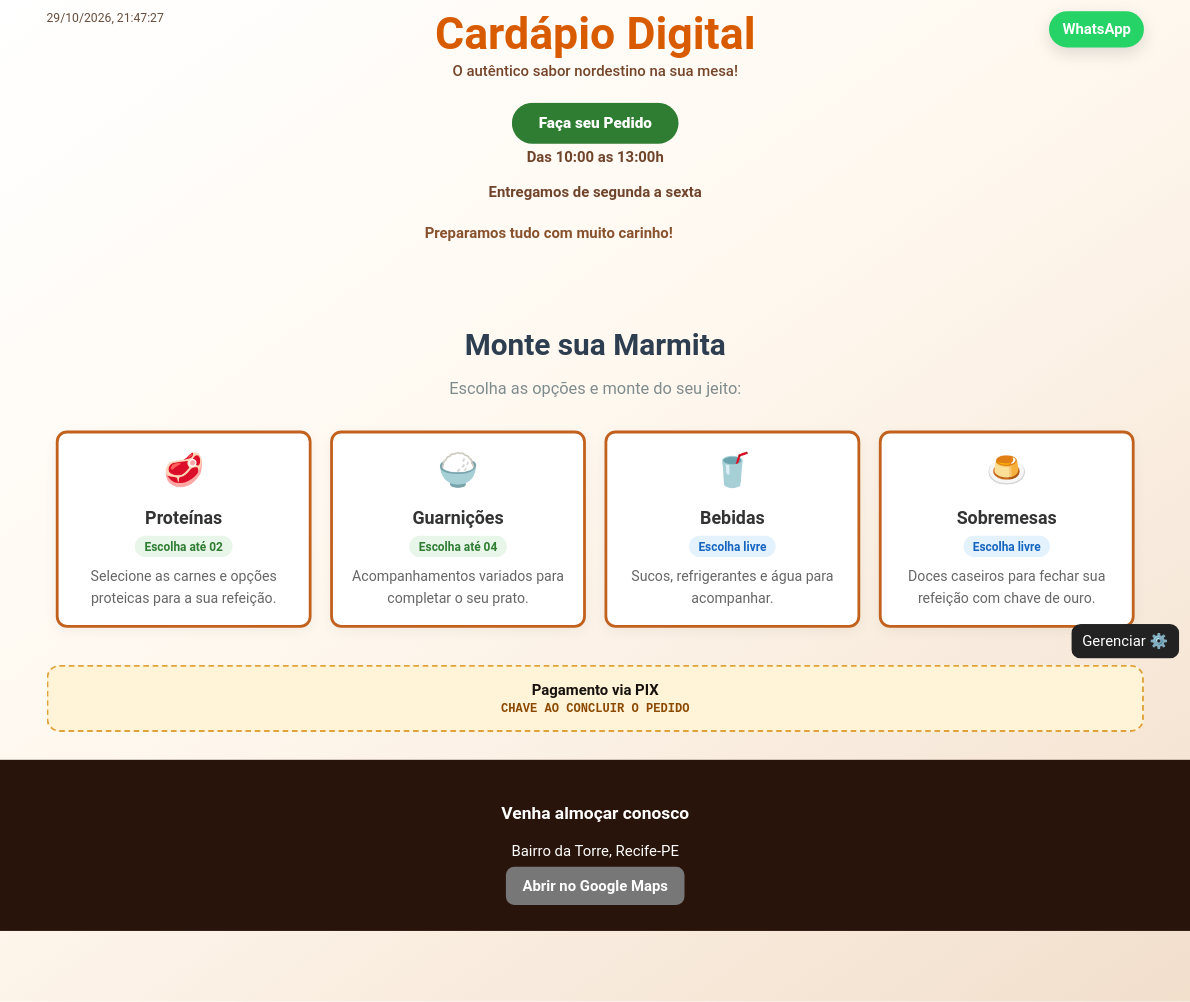
Repository: JeffRodFer/sd-copy-01-frontend
Page: index.html
The author's editor kept a copy of each file at every save. The page is drawn from the files as they stood at one save, then again after the next save.
The browser window is 1280 px wide. The pictures show the whole page, at 93% of full size.
The page's requests for data from a server got no answer.

Above is the page before, as saved 2026-10-30 22:53:36.

### index.html
<!DOCTYPE html>
<html lang="pt-BR">

<head>
  <meta charset="UTF-8">
  <meta name="viewport" content="width=device-width, initial-scale=1.0">
  <title>Cardápio Digital</title>
  <link rel="stylesheet" href="style.css">
</head>

<body>


  <header class="container">

    <div class="topbar">

      <div id="datetime" class="datetime"></div>


      <div class="brand">

        <h1>
          Cardápio Digital
        </h1>

        <p>
          O autêntico sabor nordestino na sua mesa!
        </p>

      </div>


      <a id="wa-float-link" class="wa-float" href="https://wa.me/5581920036280" target="_blank" rel="noopener">
        WhatsApp
      </a>

    </div>


    <button class="cta" id="openOrder">
      Faça seu Pedido
    </button>


    <div class="notice">
      Das 10:00 as 13:00h <br><br>
      Entregamos de segunda a sexta
    </div>

  </header>


  <main class="container" id="menu"></main>


  <div class="container note">
    Preparamos tudo com muito carinho!
  </div>

  <section class="menu-categories-section">
  <h2>Monte sua Marmita</h2>
  <p class="subtitle">Escolha as opções e monte do seu jeito:</p>

  <div class="categories-grid">
    <!-- Card Proteínas -->
    <div class="category-card">
      <div class="category-icon">🥩</div>
      <h3>Proteínas</h3>
      <span class="badge-limit">Escolha até 02</span>
      <p>Selecione as carnes e opções proteicas para a sua refeição.</p>
    </div>

    <!-- Card Guarnições -->
    <div class="category-card">
      <div class="category-icon">🍚</div>
      <h3>Guarnições</h3>
      <span class="badge-limit">Escolha até 04</span>
      <p>Acompanhamentos variados para completar o seu prato.</p>
    </div>

    <!-- Card Bebidas -->
    <div class="category-card">
      <div class="category-icon">🥤</div>
      <h3>Bebidas</h3>
      <span class="badge-limit livre">Escolha livre</span>
      <p>Sucos, refrigerantes e água para acompanhar.</p>
    </div>

    <!-- Card Sobremesas -->
    <div class="category-card">
      <div class="category-icon">🍮</div>
      <h3>Sobremesas</h3>
      <span class="badge-limit livre">Escolha livre</span>
      <p>Doces caseiros para fechar sua refeição com chave de ouro.</p>
    </div>
  </div>
</section>


  <div class="container pix">

    <strong>
      Pagamento via PIX
    </strong>

    <br>


    <code>
    CHAVE AO CONCLUIR O PEDIDO
  </code>

  </div>


  <footer class="footer">

    <div class="container">

      <h3>
        Venha almoçar conosco
      </h3>

      <div>
        Bairro da Torre, Recife-PE
      </div>


      <a class="maps" href="https://maps.google.com/?q=Rua+Vermelha+02+Torre" target="_blank" rel="noopener">
        Abrir no Google Maps
      </a>


    </div>

  </footer>


  <button class="manage" id="openAdmin">
    Gerenciar ⚙️
  </button>
  <br>
  <br>
  <br>
  <br>

  <!-- =====================================================
     MODAL DO PEDIDO
     ===================================================== -->

  <div class="overlay hidden" id="orderOverlay">

    <div class="modal">


      <!-- PASSO 1 -->

      <div id="orderStep1" class="step active">

        <h2>
          Faça seu Pedido
        </h2>


        <div id="orderError1" class="error hidden"></div>


        <div class="form-grid">


          <div class="field">

            <label>
              Nome Completo
            </label>

            <input id="customerName" autocomplete="name">

          </div>


          <div class="field">

            <label>
              Telefone
            </label>

            <input id="customerPhone" inputmode="tel" autocomplete="tel" maxlength="15" placeholder="(81) 99999-8888">

          </div>


          <div class="field full">

            <label>
              Endereço de Entrega
            </label>

            <input id="customerAddress" autocomplete="street-address">

          </div>


          <div class="field">

            <label>
              Quantidade de Marmitas
            </label>

            <input id="mealCount" type="number" min="1" max="20" value="1">

          </div>


        </div>


        <div class="delivery">

          <label>

            <input type="radio" name="delivery" value="true" checked>

            Entrega em casa - R$ 5,00

          </label>


          <label>

            <input type="radio" name="delivery" value="false">

            Retirar no Restaurante - R$ 0,00

          </label>

        </div>


        <div class="actions">

          <button class="btn gray" id="closeOrder1">
            Cancelar
          </button>


          <button class="btn green" id="toStep2">
            Continuar
          </button>

        </div>

      </div>


      <!-- PASSO 2 -->

      <div id="orderStep2" class="step">

        <h2>
          Monte suas Marmitas
        </h2>


        <div id="orderError2" class="error hidden"></div>


        <div id="marmitas"></div>


        <div class="actions">

          <button type="button" class="btn gray" id="backStep1">
            Voltar
          </button>


          <button type="button" class="btn green" id="toStep3" onclick="clicarEncerrarPedido(event)">
            Encerrar e seguir
          </button>

        </div>

      </div>


      <!-- PASSO 3 -->
      <div id="orderStep3" class="step">

        <h2>Resumo do Pedido</h2>

        <div id="orderSummary" class="order-text"></div>

        <div id="finalTotal" class="total"></div>

        <div class="actions">
          <button class="btn red" id="cancelFinal">
            Voltar
          </button>

          <button class="btn green" id="sendRestaurant">
            Enviar Pedido ao Restaurante
          </button>
        </div>

      </div>

    </div>

  </div>


  <!-- =====================================================
     MODAL ADMINISTRATIVO
     ===================================================== -->

  <div class="overlay hidden" id="adminOverlay">

    <div class="admin-modal">

      <h2>
        Gerenciar Cardápio
      </h2>


      <div id="adminError" class="error hidden"></div>


      <!-- LOGIN -->

      <div id="adminLogin">

        <div class="field">

          <label>
            Usuário
          </label>

          <input id="adminUser" autocomplete="username" value="admin">

        </div>


        <div class="field" style="margin-top:10px">

          <label>
            Senha
          </label>

          <input id="adminPassword" type="password" autocomplete="current-password">

        </div>


        <div class="actions">

          <button class="btn gray" id="closeAdminLogin">
            Fechar
          </button>


          <button class="btn green" id="adminLoginBtn">
            Entrar
          </button>

        </div>

      </div>


      <!-- PAINEL -->

      <div id="adminPanel" class="hidden">

        <div id="adminItems" class="admin-grid"></div>


        <div class="actions">

          <button class="btn gray" id="adminClose">
            Fechar
          </button>


          <button class="btn green" id="adminSave">
            Salvar alterações
          </button>

        </div>

      </div>

    </div>

  </div>


  <script src="script.js"></script>
</body>

</html>

### style.css
:root {
      --orange: #f57c00;
      --brown: #6d3414;
      --green: #2e7d32;
      --red: #d32f2f;
      --blue: #1976d2;
      --purple: #7b1fa2;
      --cream: #fffaf5;
      --line: #eadfd6;
      --muted: #666;
    }

    * {
      box-sizing: border-box;
    }

    html {
      scroll-behavior: smooth;
    }

    body {
      margin: 0;
      background:
        linear-gradient(145deg,
          #fff 0%,
          #fff8ef 45%,
          #f2dfcc 100%);
      color: #17120e;
      font-family: Roboto, Arial, sans-serif;
      min-height: 100vh;
    }

    button,
    input,
    textarea {
      font: inherit;
    }

    button {
      cursor: pointer;
      border: 0;
    }

    .container {
      width: min(1180px, 94%);
      margin: auto;
    }


    /* HEADER */

    .topbar {
      display: grid;
      grid-template-columns: 1fr auto 1fr;
      align-items: start;
      padding: 12px 0;
      gap: 10px;
    }

    .datetime {
      font-size: .82rem;
      color: #674e3d;
    }

    .brand {
      text-align: center;
    }

    .brand h1 {
      margin: 0;
      color: #d85b00;
      font-size: clamp(1.8rem, 5vw, 3rem);
      line-height: 1.05;
    }

    .brand p {
      margin: 5px 0;
      color: #75452a;
      font-weight: 500;
    }

    .wa-float {
      justify-self: end;
      background: #25d366;
      color: #fff;
      padding: 10px 14px;
      border-radius: 999px;
      text-decoration: none;
      font-weight: 700;
      box-shadow: 0 6px 18px #0002;
    }

    .cta {
      display: block;
      margin: 8px auto 5px;
      background: var(--green);
      color: #fff;
      border-radius: 999px;
      padding: 12px 28px;
      font-weight: 800;
      font-size: 1rem;
      animation: pulse 2s infinite;
    }

    .notice {
      text-align: center;
      color: #70442b;
      font-weight: 700;
      margin-bottom: 18px;
    }

    @keyframes pulse {

      0%,
      100% {
        transform: scale(1);
      }

      50% {
        transform: scale(1.03);
      }
    }


    /* CARDÁPIO */

    .section {
      margin: 20px 0;
    }

    .section h2 {
      margin: 0 0 12px;
      color: var(--brown);
    }

    .grid {
      display: grid;
      grid-template-columns:
        repeat(auto-fit,
          minmax(180px, 1fr));
      gap: 10px;
    }

    .card {
      background: #fff;
      border: 1px solid var(--line);
      border-radius: 14px;
      padding: 14px;
      box-shadow:
        0 3px 12px #5a2a0d12;
    }

    .card strong {
      display: block;
    }

    .unavailable {
      opacity: .52;
    }

    .badge {
      display: inline-block;
      margin-top: 7px;
      font-size: .78rem;
      background: #eee;
      padding: 4px 8px;
      border-radius: 999px;
    }

    .accent-guarnicoes {
      border-top: 5px solid #8b5a2b;
    }

    .accent-proteinas {
      border-top: 5px solid #d32f2f;
    }

    .accent-bebidas {
      border-top: 5px solid #1976d2;
    }

    .accent-sobremesas {
      border-top: 5px solid #7b1fa2;
    }

    .note {
      text-align: center;
      font-weight: 700;
      color: #87522d;
      margin: 25px 0;
    }

    .pix {
      background: #fff3d8;
      border: 2px dashed #e0a33b;
      border-radius: 14px;
      padding: 15px;
      text-align: center;
    }

    .pix code {
      font-weight: 800;
      color: #8b4a00;
      word-break: break-all;
    }


    /* FOOTER */

    .footer {
      margin-top: 30px;
      background: #29140b;
      color: #fff;
      padding: 28px 0;
      text-align: center;
    }

    .maps {
      display: inline-block;
      background: #777;
      color: #fff;
      padding: 11px 18px;
      border-radius: 9px;
      text-decoration: none;
      font-weight: 700;
      margin-top: 8px;
    }

    .manage {
      position: fixed;
      right: 12px;
      bottom: 12px;
      background: #222;
      color: #fff;
      padding: 9px 12px;
      border-radius: 10px;
      z-index: 20;
    }


    /* MODAIS */

    .overlay {
      position: fixed;
      inset: 0;
      background: #0009;
      display: flex;
      align-items: center;
      justify-content: center;
      padding: 12px;
      z-index: 100;
    }

    .hidden {
      display: none !important;
    }

    .modal {
      background: #fff;
      width: min(1050px, 100%);
      max-height: 94vh;
      overflow: auto;
      border-radius: 18px;
      box-shadow: 0 20px 70px #0007;
      padding: 22px;
    }

    .modal h2 {
      color: var(--brown);
      margin: 0 0 18px;
    }

    .step {
      display: none;
    }

    /* =====================================================
ESTILOS DA SEÇÃO DE CATEGORIAS (PÁGINA PRINCIPAL)
===================================================== */
.menu-categories-section {
  padding: 40px 20px;
  text-align: center;
  max-width: 1200px;
  margin: 0 auto;
}

.menu-categories-section h2 {
  font-size: 2rem;
  color: #2c3e50;
  margin-bottom: 8px;
  font-weight: 700;
}

.menu-categories-section .subtitle {
  color: #7f8c8d;
  margin-bottom: 35px;
  font-size: 1.1rem;
}

.categories-grid {
  display: grid;
  grid-template-columns: repeat(auto-fit, minmax(250px, 1fr));
  gap: 20px;
  justify-content: center;
}

.category-card {
  background: #ffffff;
  border-radius: 12px;
  padding: 18px 15px;
  box-shadow: 0 4px 15px rgba(0, 0, 0, 0.05);
  transition: transform 0.3s ease, box-shadow 0.3s ease;
  border: 3px solid #c1611d;
  text-align: center;
}

.category-card:hover {
  transform: translateY(-5px);
  box-shadow: 0 8px 25px rgba(233, 83, 46, 0.1);
  border-color: 2px #d85b00;
}

.category-icon {
  font-size: 2.2rem;
  margin-bottom: 8px;
}

.category-card h3 {
  font-size: 1.2rem;
  color: #333333;
  margin-bottom: 8px;
}

.badge-limit {
  display: inline-block;
  background-color: #e8f5e9;
  color: #2e7d32;
  font-weight: 600;
  font-size: 0.8rem;
  padding: 4px 10px;
  border-radius: 20px;
  margin-bottom: 10px;
}

.badge-limit.livre {
  background-color: #e3f2fd;
  color: #1565c0;
}

.category-card p {
  color: #666666;
  font-size: 0.95rem;
  line-height: 1.5;
  margin: 0;
  border-radius: 2px #8b4a00;
}

    .step.active {
      display: block;
    }


    /* FORMULÁRIO */

    .form-grid {
      display: grid;
      grid-template-columns: 1fr;
      gap: 12px;
    }

    .field label {
      display: block;
      font-weight: 700;
      margin-bottom: 5px;
    }

    .field input,
    .field textarea,
    .field select {
      width: 100%;
      padding: 11px;
      border: 1px solid #cfcfcf;
      border-radius: 10px;
      background: #fff;
    }

    .field textarea {
      min-height: 75px;
      resize: vertical;
    }

    .delivery {
      display: grid;
      gap: 9px;
      margin: 12px 0;
    }

    .delivery label {
      border: 1px solid #ddd;
      border-radius: 10px;
      padding: 12px;
    }


    /* MARMITAS */

    .marmita {
      border: 1px solid #ddd;
      border-radius: 15px;
      padding: 14px;
      margin: 14px 0;
      background: #fff;
    }

    .marmita h3 {
      margin: 0 0 12px;
      color: #7b401f;
    }

    .choice-group {
      margin: 13px 0;
    }

    .choice-group h4 {
      margin: 0 0 8px;
    }

    .choices {
      display: grid;
      grid-template-columns:
        repeat(auto-fit,
          minmax(190px, 1fr));
      gap: 8px;
    }

    .check {
      border: 1px solid #ddd;
      border-radius: 10px;
      padding: 9px;
      background: #fafafa;
    }

    .check input {
      margin-right: 6px;
    }

    .limit {
      font-size: .8rem;
      color: var(--muted);
      margin: 5px 0;
    }


    /*
  IMPORTANTE:
  A linha de quantidade agora é uma GRID
  com nome + preço + menos + quantidade + mais.
  Assim o + nunca cai para a linha de baixo.
*/

    .qty-list {
      display: grid;
      gap: 7px;
    }

    .qty-row {
      display: grid;

      grid-template-columns:
        minmax(0, 1fr) auto auto auto auto;

      align-items: center;

      gap: 8px;

      border: 1px solid #eee;
      border-radius: 11px;
      padding: 8px;

      background: #faf8f6;
    }

    .qty-name {
      min-width: 0;
      font-weight: 700;
      overflow-wrap: anywhere;
    }

    .qty-price {
      font-size: .9rem;
      color: #555;
      white-space: nowrap;
    }

    .qty-btn {
      width: 36px;
      height: 36px;
      border-radius: 9px;
      background: #eee;
      font-weight: 900;
      font-size: 1.1rem;
    }

    .qty-value {
      min-width: 22px;
      text-align: center;
      font-weight: 800;
    }


    /* BOTÕES */

    .actions {
      display: flex;
      gap: 10px;
      justify-content: flex-end;
      flex-wrap: wrap;
      margin-top: 18px;
    }

    .btn {
      padding: 12px 18px;
      border-radius: 10px;
      font-weight: 800;
    }

    .btn.green {
      background: #2e7d32;
      color: #fff;
    }

    .btn.red {
      background: #e57373;
      color: #fff;
    }

    .btn.gray {
      background: #eee;
    }

    .total {
      font-size: 1.2rem;
      text-align: right;
      color: #18752b;
      font-weight: 900;
      margin-top: 14px;
    }

    .error {
      background: #ffe5e5;
      color: #9b1c1c;
      padding: 10px;
      border-radius: 9px;
      margin: 10px 0;
    }

    .order-text {
      background: #f5f5f5;
      padding: 14px;
      border-radius: 12px;
      white-space: pre-wrap;
      font-family: monospace;
      line-height: 1.45;
    }


    /* ADMIN */

    .admin-modal {
      background: #f5f5f5;
      width: min(1100px, 100%);
      max-height: 92vh;
      overflow: auto;
      border-radius: 18px;
      padding: 20px;
    }

    .admin-grid {
      display: grid;
      grid-template-columns: 1fr;
      gap: 16px;
    }

    .admin-section {
      background: #fff;
      padding: 14px;
      border-radius: 14px;
    }

    .admin-item {
      display: flex;
      align-items: center;
      justify-content: space-between;
      gap: 10px;
      padding: 9px 0;
      border-bottom: 1px solid #eee;
    }

    .admin-item:last-child {
      border-bottom: 0;
    }

    .switch {
      position: relative;
      width: 50px;
      height: 28px;
      flex: 0 0 auto;
    }

    .switch input {
      display: none;
    }

    .slider {
      position: absolute;
      inset: 0;
      background: #bbb;
      border-radius: 30px;
    }

    .slider:before {
      content: "";
      position: absolute;
      width: 22px;
      height: 22px;
      left: 3px;
      top: 3px;
      background: #fff;
      border-radius: 50%;
      transition: .2s;
    }

    .switch input:checked+.slider {
      background: #2e7d32;
    }

    .switch input:checked+.slider:before {
      transform: translateX(22px);
    }


    /* RESPONSIVO */

    @media(min-width:700px) {

      .form-grid {
        grid-template-columns:
          1fr 1fr;
      }

      .form-grid .full {
        grid-column: 1/-1;
      }

      .admin-grid {
        grid-template-columns:
          1fr 1fr;
      }

    }


    @media(max-width:600px) {

      .topbar {
        grid-template-columns:
          1fr auto;
      }

      .brand {
        grid-column: 1/-1;
        grid-row: 1;
      }

      .datetime {
        grid-column: 1;
      }

      .wa-float {
        grid-column: 2;
      }

      /*
    Mantém TODOS os controles da bebida
    na mesma linha.
  */

      .qty-row {
        grid-template-columns:
          minmax(0, 1fr) auto auto auto auto;
      }

      .qty-price {
        font-size: .8rem;
      }

      .modal {
        padding: 15px;
      }

      .actions .btn {
        flex: 1 1 100%;
      }

    }

Loaded but not shown: script.js (1589 lines, source omitted)

After the next save:
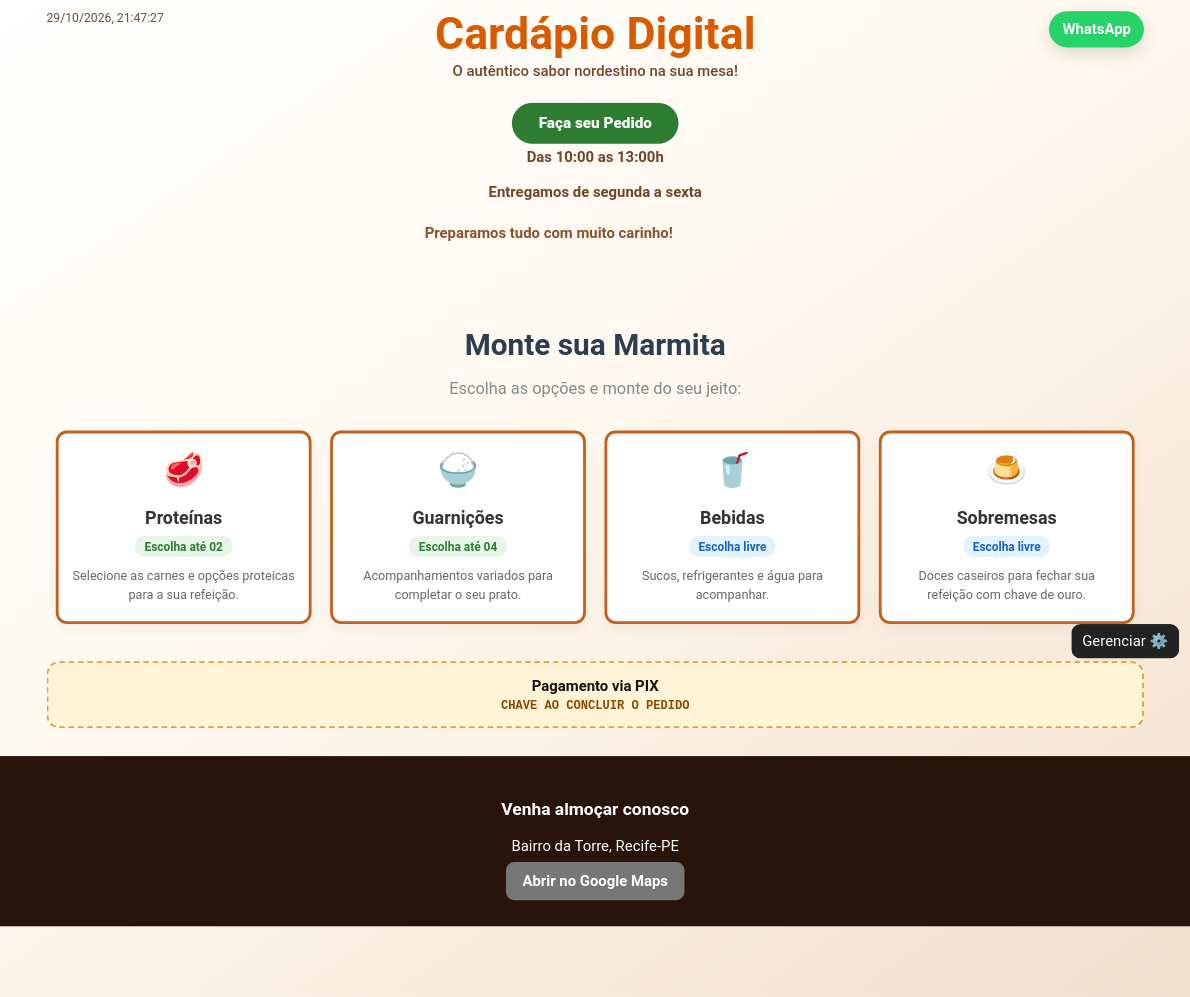
Saved 17 s later.
--- a/style.css
+++ b/style.css
@@ -349,7 +349,7 @@ ESTILOS DA SEÇÃO DE CATEGORIAS (PÁGINA PRINCIPAL)
 
 .category-card p {
   color: #666666;
-  font-size: 0.95rem;
+  font-size: 0.85rem;
   line-height: 1.5;
   margin: 0;
   border-radius: 2px #8b4a00;
